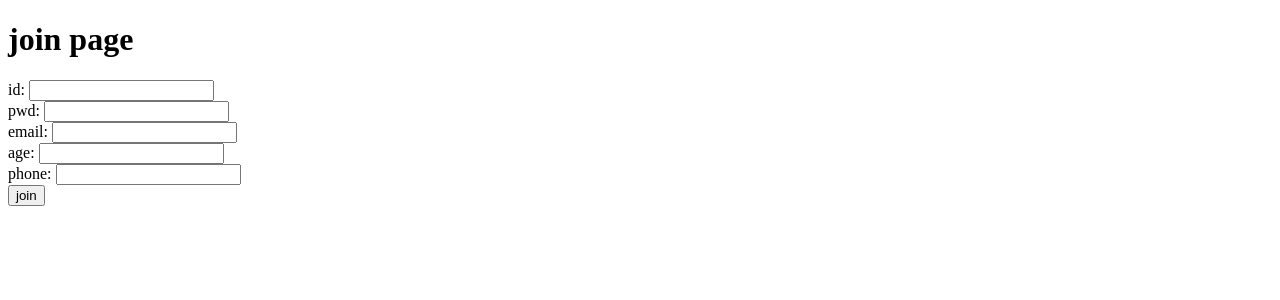
Repository: hwimi/2024-04-12-01
Page: http://localhost/jsp_study/member/join.jsp
The author's editor kept a copy of each file at every save. The page is drawn from the files as they stood at one save, then again after the next save.
The browser window is 1280 px wide. The pictures show the whole page.
The page is served by Tomcat 9.

Above is the page before, as saved 2024-04-16 02:10:20.

After the next save:
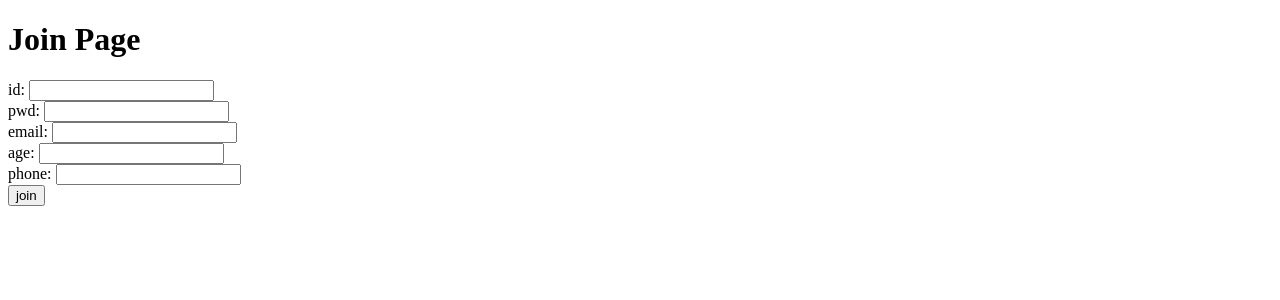
Saved 11 s later.
--- a/jsp_study/src/main/webapp/member/join.jsp
+++ b/jsp_study/src/main/webapp/member/join.jsp
@@ -7,14 +7,17 @@
 <title>Insert title here</title>
 </head>
 <body>
- <h1>join page</h1>
- <form action="/memb/register" method="post">
- id: <input type="text" name="id"><br>
- pwd: <input type="password" name="pwd"><br>
- email: <input type="text" name="email"><br>
- age: <input type="text" name="age"><br>
- phone: <input type="text" name="phone"><br>
- <a href=""><button type="submit">join</button><a>
- </form>
+	<h1>Join Page</h1>
+
+	<form action="/memb/register" method="post">
+		id: <input type="text" name="id"> <br>
+		pwd: <input type="password" name="pwd"><br>
+		email: <input type="text" name="email"><br>
+		age: <input type="text" name="age"><br>
+		phone: <input type="text" name="phone"><br>
+		<button type="submit">join</button><br>
+	</form>
+
+
 </body>
 </html>
